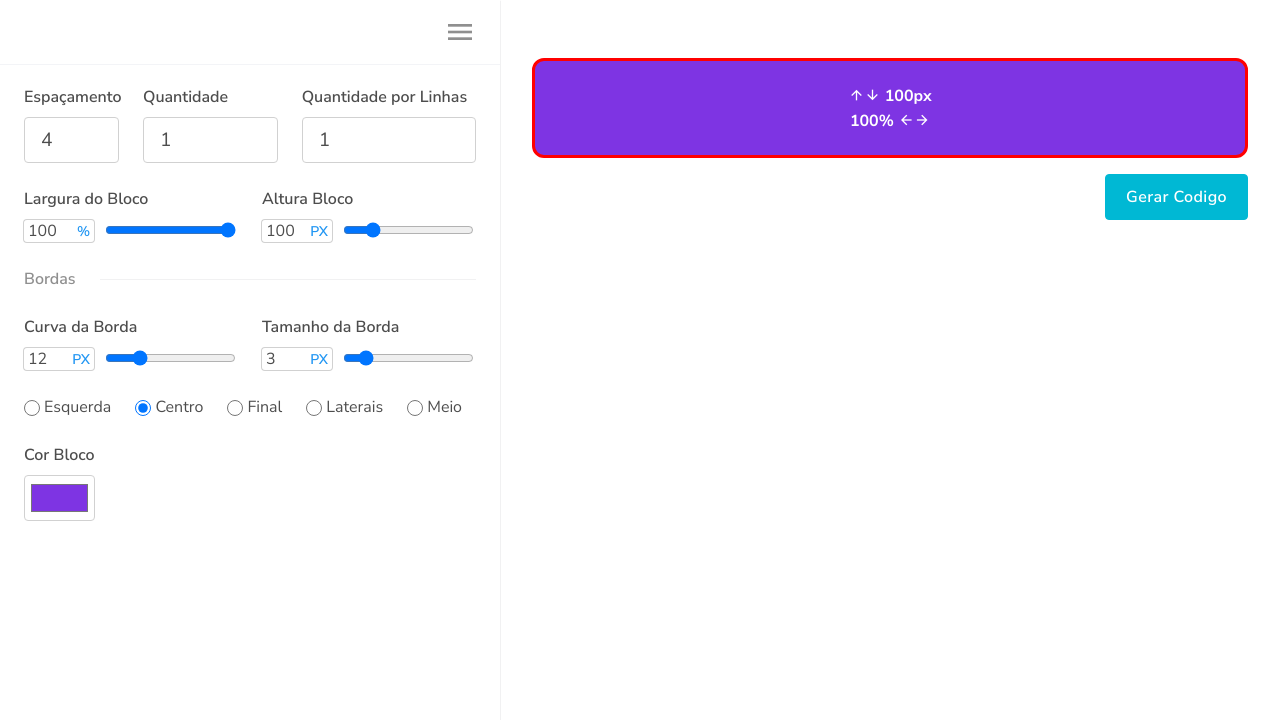
Repository: Flintdl/lowcode-elements
Page: /
The author's editor kept a copy of each file at every save. The page is drawn from the files as they stood at one save, then again after the next save.
The browser window is 1280 px wide. The pictures show the whole page.
The project was rebuilt for these pictures with package versions that can differ from the ones it lists, and the page was loaded fresh each time. Also part of the build but not shown: vue.config.js.

Above is the page before, as saved 2022-04-05 14:51:10.

### src/components/Menu/MenuTemplate.vue
<template>
  <div>
    <div
      class="ham burger-link-mobile sf-display-flex sf-display-md-none"
      @click="menu"
    >
      <i class="mdi mdi-menu sf-text-xlg sf-text-muted sf-dropdown-action"></i>
    </div>
    <nav class="sf-menu">
      <div class="sf-menu-header">
        <div
          @click="menu"
          class="hamburger-link sf-display-none sf-display-md-block"
        >
          <i
            class="mdi mdi-menu sf-text-xlg sf-text-muted sf-dropdown-action"
          ></i>
        </div>
      </div>
      <div class="sf-menu-body">
        <ul class="sf-menu-ul">
          <li class="sf-menu-li sf-px-4">
            <div class="sf-row">
              <InputGapTemplate
                :valorInput="inputGap"
                v-on:callback="getValorCampo"
              />
              <InputQuantidadeTemplate
                :valorInput="inputQuantidade"
                v-on:callback="getValorCampoQuantidade"
              />
              <InputQuantLinhasTemplate
                :valorInput="inputQuantidadeLinha"
                v-on:callback="getValorCampoQuantidadeLinha"
              />
              <InputLarguraBloco
                :valorInput="inputRange"
                v-on:callback="getValorLarguraBloco"
              />
              <InputAlturaBloco
                :valorInput="valorHeight"
                v-on:callback="getValorAlturaBloco"
              />
            </div>
            <div class="sf-row">
              <div class="sf-col-12 sf-form-group">
                <span
                  class="sf-text-md sf-font-weight-bold sf-text-muted sf-display-flex sf-align-items-center"
                >
                  Bordas
                  <hr class="sf-width-100 sf-ml-4" />
                </span>
              </div>
              <InputBorderRadiusBloco
                :valorInput="inputBorderRadius"
                v-on:callback="getValorRadiusBloco"
              />
              <InputBorderBloco
                :valorInput="inputBorder"
                v-on:callback="getValorBorderBloco"
              />
            </div>

            <InputPosicaoBloco
              :valorInput="checkValue"
              v-on:callback="getValorPosicaoBloco"
            />
            <div class="sf-row">
              <div class="sf-col-auto sf-form-group">
                <label class="sf-label">Cor Bloco</label>
                <input
                  type="color"
                  id="inputColor"
                  v-model="inputColor"
                  class="sf-p-1 sf-text-capitalize"
                  placeholder="Quantidade de Blocos"
                />
              </div>
            </div>
          </li>
        </ul>
      </div>
    </nav>
    <div class="sf-content-page">
      <HomeView
        :valor="inputRange"
        :inputGap="inputGap"
        :valorHeight="valorHeight"
        :quantidade="parseInt(inputQuantidade)"
        :quantidadeLinha="inputQuantidadeLinha"
        :inputBorderRadius="inputBorderRadius"
        :checkValue="checkValue"
        :inputColor="inputColor"
        :inputBorder="inputBorder"
      />
    </div>
    <div class="ga-mascara-fundo" @click="mask"></div>
  </div>
</template>

<script>
import HomeView from "@/views/HomeView.vue";
import InputGapTemplate from "@/components/templates/InputGapTemplate.vue";
import InputQuantidadeTemplate from "@/components/templates/InputQuantidadeTemplate.vue";
import InputQuantLinhasTemplate from "@/components/templates/InputQuantLinhasTemplate.vue";
import InputLarguraBloco from "@/components/templates/InputLarguraBloco.vue";
import InputAlturaBloco from "@/components/templates/InputAlturaBloco.vue";
import InputBorderRadiusBloco from "@/components/templates/InputBorderRadiusBloco.vue";
import InputBorderBloco from "@/components/templates/InputBorderBloco.vue";
import InputPosicaoBloco from "@/components/templates/InputPosicaoBloco.vue";
import image from "@/assets/logo-soften.webp";

export default {
  name: "MenuTemplate",
  data: function () {
    return {
      inputQuantidade: (this.inputQuantidade = "1"),
      inputQuantidadeLinha: (this.inputQuantidadeLinha = "1"),
      inputBorderRadius: (this.inputBorderRadius = "12"),
      inputRange: (this.inputRange = "100"),
      valorHeight: (this.valorHeight = "100"),
      inputGap: (this.inputGap = "4"),
      checkValue: (this.checkValue = "center"),
      inputColor: (this.inputColor = "#7e34e3"),
      inputBorder: (this.inputBorder = "3"),
      image: image,
    };
  },
  components: {
    HomeView,
    InputGapTemplate,
    InputQuantidadeTemplate,
    InputQuantLinhasTemplate,
    InputLarguraBloco,
    InputAlturaBloco,
    InputPosicaoBloco,
    InputBorderRadiusBloco,
    InputBorderBloco,
  },
  beforeMount() {
    if (window.innerWidth >= 768) {
      if (localStorage.getItem("menu") === "fechado") {
        document.body.classList.add("menu-fechado");
      } else {
        document.body.classList.remove("menu-fechado");
      }
    }

    (function () {
      var current = window.location.pathname.split("")[0];
      if (current === "") return;
      var menuItems = document.querySelectorAll(".sf-menu-list-link");
      for (var i = 0, len = menuItems.length; i < len; i++) {
        if (menuItems[i].getAttribute("href").indexOf(current) !== -1) {
          menuItems[i].className += " active-nolink";
          menuItems[i].nextElementSibling.className += " active-nolink";
        }
      }
    })();
  },
  methods: {
    menu() {
      if (window.innerWidth >= 768) {
        document.body.classList.toggle("menu-fechado");
        if (document.body.classList.contains("menu-fechado")) {
          localStorage.setItem("menu", "fechado");
        } else {
          localStorage.removeItem("menu");
        }
      } else {
        document.body.classList.toggle("menu-mobile-aberto");
      }
    },
    mask() {
      document.body.classList.remove("menu-mobile-aberto");
    },
    getValorCampo(valor) {
      this.inputGap = valor;
    },
    getValorCampoQuantidade(valor) {
      this.inputQuantidade = valor;
    },
    getValorCampoQuantidadeLinha(valor) {
      this.inputQuantidadeLinha = valor;
    },
    getValorLarguraBloco(valor) {
      this.inputRange = valor;
    },
    getValorAlturaBloco(valor) {
      this.valorHeight = valor;
    },
    getValorRadiusBloco(valor) {
      this.inputBorderRadius = valor;
    },
    getValorBorderBloco(valor) {
      this.inputBorder = valor;
    },
    getValorPosicaoBloco(valor) {
      this.checkValue = valor;
    },
  },
};

// function dropdown(menu) {
//   var dropdowns = document.getElementsByClassName("sf-dropdown-menu");
//   var i;
//   for (i = 0; i < dropdowns.length; i++) {
//     var openDropdown = dropdowns[i];
//     if (openDropdown.classList.contains("show")) {
//       openDropdown.classList.remove("show");
//     }
//   }
//   document.querySelector(menu).classList.toggle("show");
// }
</script>

<style lang="scss">
@import "@/assets/scss/style.scss";
@import "@/assets/scss/standard.scss";
@import "@/assets/scss/menu.scss";
</style>

### src/assets/scss/_variables.scss
// Primarys Colors
$standardTextColor: #4d4d4d;

$primaryColor: #8e6dff;
$secondaryColor: #009997;
$buttonDisableColor: #9c9c9c;
$buttonDisableBgColor: #7676764d;

// Menu Colors

$bgMenuColor: #1d1d1d;
$linkMenuColor: #7b8089;
$iconMenuColor: #2a2a2a;
$borderMenuColor: #323232;

// Botão Colors

$btnPrimary: #00b8d4;
$btnPrimaryHover: #0085b0;

// Generics Colors

$whiteColor: #ffffff;
$mutedColor: #8f8f8f;
$cardColor: #f3f4f7;
$cardColorLight: #f9fafc;
$cardColorLightTwo: #f1f5fc;
$greyLight: #d1d1d1;

// Dropdown Colors

$dropdownHeaderColor: #5f5f5f;
$dropdownColor: #ebffff;

// State Colors

$successColor: #3dc661;
$dangerColor: #e7515a;
$warningColor: #e2a03f;
$infoColor: #2196f3;
$defaultColor: #172b4d;
$lightColor: #e0e0e0;

### src/views/HomeView.vue
<template>
  <div>
    <div class="sf-row">
      <div
        id="sf-preview-code-content"
        class="sf-col-12 sf-mx-auto sf-position-relative"
      >
        <!-- <div class="sf-display-flex sf-flex-wrap sf-width-100">
          <div
            id="sf-grid-template"
            class="sf-grid sf-position-relative"
            :style="{
              width: cssProps.width,
              height: String(valorHeight) + 'px',
              left: inputGap / 2 + 'px',
            }"
            v-bind:key="n"
            v-for="n of quantidade"
          ></div>
        </div> -->
        <div id="sf-preview-code">
          <div
            :style="gapProps"
            :class="[
              'sf-display-flex sf-flex-wrap sf-width-100',
              'sf-justify-content-' + checkValue,
            ]"
          >
            <DivGrid
              v-bind:key="n"
              v-for="n of quantidade"
              :tamanho="String(valor)"
              :altura="String(valorHeight)"
              :cssDefinido="cssProps"
              class="sf-position-relative"
            />
          </div>
        </div>
      </div>
      <div class="sf-col-12 sf-mt-3 sf-display-flex sf-justify-content-end">
        <button class="sf-btn sf-btn-primary" @click="gerarCodigo">
          Gerar Codigo
        </button>
      </div>
    </div>
    <div class="sf-row" v-if="htmlPreviewCode">
      <div class="sf-col-12 sf-mx-auto sf-mt-5 sf-code-content">
        <div class="sf-bg-code sf-p-4 sf-border-radius">
          <code>
            <span class="sf-text-info">Código do Preview</span> <br />
            {{ htmlPreviewCode }}
          </code>
        </div>
      </div>
    </div>
  </div>
</template>

<script>
// @ is an alias to /src

import DivGrid from "@/components/templates/DivGrid.vue";

export default {
  name: "HomeView",
  data: function () {
    return {
      htmlPreviewCode: null,
    };
  },
  components: {
    DivGrid,
  },
  props: {
    valor: String,
    inputGap: String,
    quantidade: Number,
    valorHeight: String,
    quantidadeLinha: String,
    inputBorderRadius: String,
    checkValue: String,
    inputColor: String,
    inputBorder: String,
  },
  computed: {
    cssProps() {
      return {
        width: `calc((${this.valor}% - ${this.inputGap}px * ${
          this.quantidadeLinha - "1"
        }) / ${this.quantidadeLinha})`,
        height: this.valorHeight + "px",
        "border-radius": this.inputBorderRadius + "px",
        "background-color": this.inputColor,
        border: this.inputBorder + "px solid red",
      };
    },
    gapProps() {
      return {
        gap: this.inputGap + "px",
      };
    },
  },
  methods: {
    gerarCodigo() {
      this.htmlPreviewCode =
        document.getElementById("sf-preview-code").innerHTML;
    },
  },
};
</script>

<style>
#sf-grid-template:after {
  content: "";
  width: 100%;
  height: 150%;
  top: -25%;
  background-color: #ff008c0a;
  border: 1px solid rgba(255, 0, 140, 0.103);
  border-left: 2px solid #ff008c38;
  border-right: 2px solid #ff008c38;
  position: absolute;
}
</style>

### src/components/templates/InputGapTemplate.vue
<template>
  <div class="sf-col-3 sf-form-group">
    <label class="sf-label">Espaçamento</label>
    <input
      type="number"
      min="1"
      max="12"
      value="2"
      id="inputGap"
      v-model="valor"
      class="filter-states sf-text-capitalize"
      placeholder="Quantidade de Blocos"
    />
  </div>
</template>

<script>
export default {
  props: {
    valorInput: String,
  },
  computed: {
    valor: {
      get() {
        var inp = this.valorInput;
        return inp;
      },
      set(valorInput) {
        this.$emit("callback", valorInput);
      },
    },
  },
};
</script>

<style></style>

### src/components/templates/InputQuantidadeTemplate.vue
<template>
  <div class="sf-col-4 sf-form-group">
    <label class="sf-label">Quantidade</label>
    <input
      type="number"
      value="1"
      id="inputQuantidade"
      v-model="valor"
      class="filter-states sf-text-capitalize"
      placeholder="Quantidade de Blocos"
    />
  </div>
</template>

<script>
export default {
  props: {
    valorInput: String,
  },
  computed: {
    valor: {
      get() {
        var inp = this.valorInput;
        return inp;
      },
      set(valorInput) {
        this.$emit("callback", valorInput);
      },
    },
  },
};
</script>

<style></style>

### src/components/templates/InputQuantLinhasTemplate.vue
<template>
  <div class="sf-col-5 sf-form-group">
    <label class="sf-label">Quantidade por Linhas</label>
    <input
      type="number"
      min="1"
      max="12"
      value="1"
      id="inputQuantidadeLinha"
      v-model="valor"
      class="filter-states sf-text-capitalize"
      placeholder="Quantidade Linha"
    />
  </div>
</template>

<script>
export default {
  props: {
    valorInput: String,
  },
  computed: {
    valor: {
      get() {
        var inp = this.valorInput;
        return inp;
      },
      set(valorInput) {
        this.$emit("callback", valorInput);
      },
    },
  },
};
</script>

<style></style>

### src/components/templates/InputLarguraBloco.vue
<template>
  <div class="sf-col-6 sf-form-group">
    <label class="sf-label">Largura do Bloco</label>
    <div class="sf-input-group">
      <div
        class="sf-input-group-append sf-display-flex sf-justify-content-center"
      >
        <div
          class="sf-display-flex sf-align-items-center sf-justify-content-center sf-border-left-0 sf-border-radius sf-border-radius-left-0 sf-pr-2 sf-text-info sf-font-weight-bold sf-min-80-px"
        >
          <div class="sf-input-group">
            <input
              type="number"
              value="1"
              min="1"
              max="100"
              v-model="valor"
              class="sf-text-md sf-height-fit-content sf-pr-0 sf-pl-1 sf-border-right-0 sf-border-radius-right-0 sf-text-capitalize"
              placeholder="Curva da Borda"
            />
            <div
              class="sf-input-group-append sf-display-flex sf-justify-content-center"
            >
              <div
                class="sf-display-flex sf-align-items-center sf-border sf-justify-content-center sf-border-left-0 sf-border-radius sf-border-radius-left-0 sf-pr-1 sf-text-info sf-font-weight-bold sf-text-sm"
              >
                %
              </div>
            </div>
          </div>
        </div>
      </div>
      <input
        type="range"
        min="10"
        max="100"
        value="10"
        id="inputRange"
        v-model="valor"
        class="sf-px-0 sf-border-right-0 sf-border-radius-right-0 sf-text-capitalize"
      />
    </div>
  </div>
</template>

<script>
export default {
  props: {
    valorInput: String,
  },
  computed: {
    valor: {
      get() {
        var inp = this.valorInput;
        return inp;
      },
      set(valorInput) {
        this.$emit("callback", valorInput);
      },
    },
  },
};
</script>

<style></style>

### src/components/templates/InputAlturaBloco.vue
<template>
  <div class="sf-col-6 sf-form-group">
    <label class="sf-label">Altura Bloco</label>
    <div class="sf-input-group">
      <div
        class="sf-input-group-append sf-display-flex sf-justify-content-center"
      >
        <div
          class="sf-display-flex sf-align-items-center sf-justify-content-center sf-border-left-0 sf-border-radius sf-border-radius-left-0 sf-pr-2 sf-text-info sf-font-weight-bold sf-min-80-px"
        >
          <div class="sf-input-group">
            <input
              type="number"
              value="1"
              min="1"
              max="500"
              v-model="valor"
              class="sf-text-md sf-height-fit-content sf-pr-0 sf-pl-1 sf-border-right-0 sf-border-radius-right-0 sf-text-capitalize"
              placeholder="Curva da Borda"
            />
            <div
              class="sf-input-group-append sf-display-flex sf-justify-content-center"
            >
              <div
                class="sf-display-flex sf-align-items-center sf-border sf-justify-content-center sf-border-left-0 sf-border-radius sf-border-radius-left-0 sf-pr-1 sf-text-info sf-font-weight-bold sf-text-sm"
              >
                PX
              </div>
            </div>
          </div>
        </div>
      </div>
      <input
        type="range"
        min="10"
        max="500"
        id="valorHeight"
        v-model="valor"
        class="sf-px-0 sf-border-right-0 sf-border-radius-right-0 sf-text-capitalize"
      />
    </div>
  </div>
</template>

<script>
export default {
  props: {
    valorInput: String,
  },
  computed: {
    valor: {
      get() {
        var inp = this.valorInput;
        return inp;
      },
      set(valorInput) {
        this.$emit("callback", valorInput);
      },
    },
  },
};
</script>

<style></style>

### src/components/templates/InputBorderRadiusBloco.vue
<template>
  <div class="sf-col-6 sf-form-group">
    <label class="sf-label">Curva da Borda</label>
    <div class="sf-input-group">
      <div
        class="sf-input-group-append sf-display-flex sf-justify-content-center"
      >
        <div
          class="sf-display-flex sf-align-items-center sf-justify-content-center sf-border-left-0 sf-border-radius sf-border-radius-left-0 sf-pr-2 sf-text-info sf-font-weight-bold sf-min-80-px"
        >
          <div class="sf-input-group">
            <input
              type="number"
              value="1"
              min="1"
              max="50"
              v-model="valor"
              class="sf-text-md sf-height-fit-content sf-pr-0 sf-pl-1 sf-border-right-0 sf-border-radius-right-0 sf-text-capitalize"
              placeholder="Curva da Borda"
            />
            <div
              class="sf-input-group-append sf-display-flex sf-justify-content-center"
            >
              <div
                class="sf-display-flex sf-align-items-center sf-border sf-justify-content-center sf-border-left-0 sf-border-radius sf-border-radius-left-0 sf-pr-1 sf-text-info sf-font-weight-bold sf-text-sm"
              >
                PX
              </div>
            </div>
          </div>
        </div>
      </div>
      <input
        type="range"
        value="1"
        min="1"
        max="50"
        id="inputBorderRadius"
        v-model="valor"
        class="sf-px-0 sf-border-right-0 sf-border-radius-right-0 sf-text-capitalize"
        placeholder="Curva da Borda"
      />
    </div>
  </div>
</template>

<script>
export default {
  props: {
    valorInput: String,
  },
  computed: {
    valor: {
      get() {
        var inp = this.valorInput;
        return inp;
      },
      set(valorInput) {
        this.$emit("callback", valorInput);
      },
    },
  },
};
</script>

<style></style>

### src/components/templates/InputBorderBloco.vue
<template>
  <div class="sf-col-6 sf-form-group">
    <label class="sf-label">Tamanho da Borda</label>
    <div class="sf-input-group">
      <div
        class="sf-input-group-append sf-display-flex sf-justify-content-center"
      >
        <div
          class="sf-display-flex sf-align-items-center sf-justify-content-center sf-border-left-0 sf-border-radius sf-border-radius-left-0 sf-pr-2 sf-text-info sf-font-weight-bold sf-min-80-px"
        >
          <div class="sf-input-group">
            <input
              type="number"
              value="1"
              min="1"
              max="50"
              v-model="valor"
              class="sf-text-md sf-height-fit-content sf-pr-0 sf-pl-1 sf-border-right-0 sf-border-radius-right-0 sf-text-capitalize"
              placeholder="Curva da Borda"
            />
            <div
              class="sf-input-group-append sf-display-flex sf-justify-content-center"
            >
              <div
                class="sf-display-flex sf-align-items-center sf-border sf-justify-content-center sf-border-left-0 sf-border-radius sf-border-radius-left-0 sf-pr-1 sf-text-info sf-font-weight-bold sf-text-sm"
              >
                PX
              </div>
            </div>
          </div>
        </div>
      </div>
      <input
        type="range"
        value="1"
        min="0"
        max="24"
        id="inputBorder"
        v-model="valor"
        class="sf-px-0 sf-border-right-0 sf-border-radius-right-0 sf-text-capitalize"
        placeholder="Curva da Borda"
      />
    </div>
  </div>
</template>

<script>
export default {
  props: {
    valorInput: String,
  },
  computed: {
    valor: {
      get() {
        var inp = this.valorInput;
        return inp;
      },
      set(valorInput) {
        this.$emit("callback", valorInput);
      },
    },
  },
};
</script>

<style></style>

### src/components/templates/InputPosicaoBloco.vue
<template>
  <div class="sf-row">
    <div class="sf-col-auto sf-form-group">
      <input
        id="start"
        type="radio"
        name="positionDivs"
        v-model="valor"
        value="start"
        checked
      />
      <label for="start"> Esquerda</label>
    </div>

    <div class="sf-col-auto sf-form-group">
      <input
        type="radio"
        id="center"
        name="positionDivs"
        v-model="valor"
        value="center"
      />
      <label for="center"> Centro</label>
    </div>

    <div class="sf-col-auto sf-form-group">
      <input
        type="radio"
        id="end"
        name="positionDivs"
        v-model="valor"
        value="end"
      />
      <label for="end"> Final</label>
    </div>
    <div class="sf-col-auto sf-form-group">
      <input
        type="radio"
        id="between"
        name="positionDivs"
        v-model="valor"
        value="between"
      />
      <label for="between"> Laterais</label>
    </div>
    <div class="sf-col-auto sf-form-group">
      <input
        type="radio"
        id="around"
        name="positionDivs"
        v-model="valor"
        value="around"
      />
      <label for="around"> Meio</label>
    </div>
  </div>
</template>

<script>
export default {
  props: {
    valorInput: String,
  },
  computed: {
    valor: {
      get() {
        var inp = this.valorInput;
        return inp;
      },
      set(valorInput) {
        this.$emit("callback", valorInput);
      },
    },
  },
};
</script>

<style></style>

### src/components/templates/DivGrid.vue
<template>
  <div class="sf-position-relative sf-overflow-hidden" :style="cssDefinido">
    <span
      class="sf-position-absolute sf-centerAbsolute-xy sf-text-white sf-font-weight-extra-bold sf-text-center"
      :style="tamanho"
    >
      <i
        class="mdi mdi-arrow-up sf-text-md sf-text-white sf-dropdown-action"
      ></i>
      <i
        class="mdi mdi-arrow-down sf-text-md sf-text-white sf-dropdown-action"
      ></i>
      {{ altura }}px <br />

      {{ tamanho }}%
      <i
        class="mdi mdi-arrow-left sf-text-md sf-text-white sf-dropdown-action"
      ></i>
      <i
        class="mdi mdi-arrow-right sf-text-md sf-text-white sf-dropdown-action"
      ></i>
    </span>
  </div>
</template>

<script>
export default {
  props: {
    cssDefinido: Object,
    tamanho: String,
    altura: String,
  },
};
</script>

<style></style>

Loaded but not shown: public/index.html (common file); src/main.js (common file); src/App.vue (common file); src/registerServiceWorker.js (common file); src/router/index.js (common file); src/assets/scss/materialdesignicons.scss (9 lines, source omitted); src/assets/scss/style.scss (4097 lines, source omitted); src/assets/scss/menu.scss (396 lines, source omitted); src/assets/scss/standard.scss (381 lines, source omitted)

After the next save:
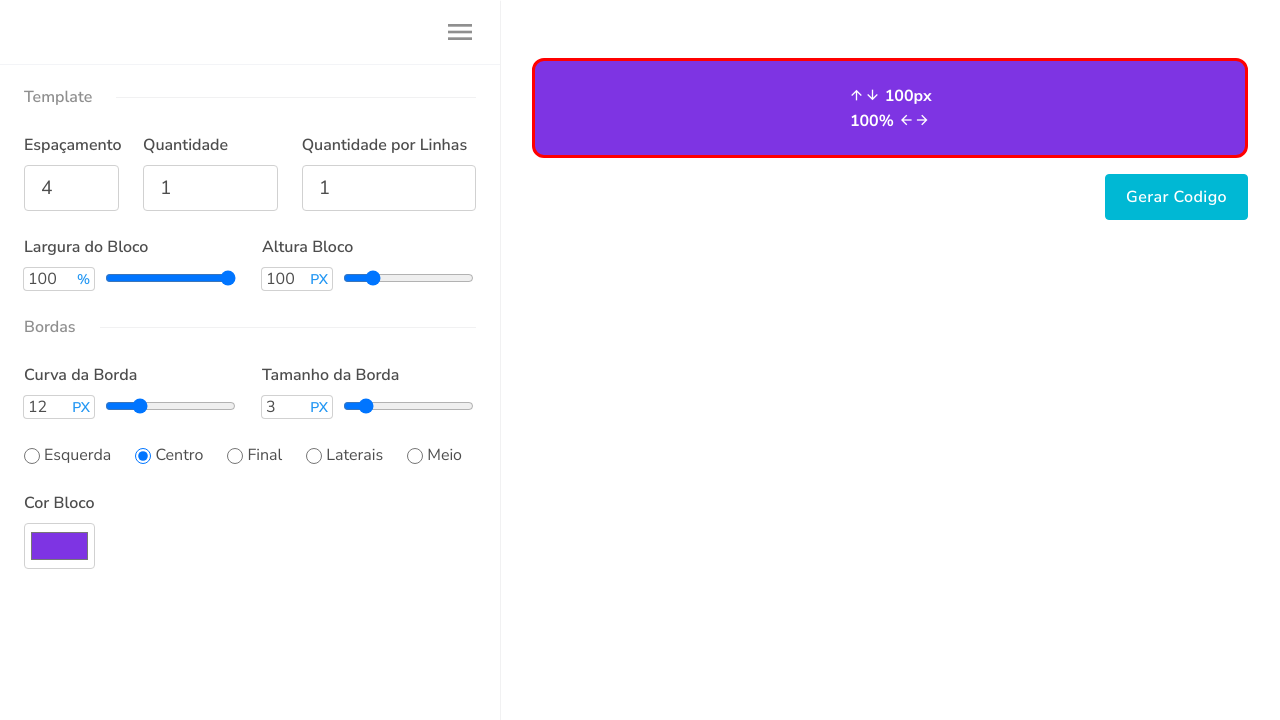
Saved 41 s later.
--- a/src/components/Menu/MenuTemplate.vue
+++ b/src/components/Menu/MenuTemplate.vue
@@ -21,6 +21,14 @@
         <ul class="sf-menu-ul">
           <li class="sf-menu-li sf-px-4">
             <div class="sf-row">
+              <div class="sf-col-12 sf-form-group">
+                <span
+                  class="sf-text-md sf-font-weight-bold sf-text-muted sf-display-flex sf-align-items-center"
+                >
+                  Template
+                  <hr class="sf-width-100 sf-ml-4" />
+                </span>
+              </div>
               <InputGapTemplate
                 :valorInput="inputGap"
                 v-on:callback="getValorCampo"
